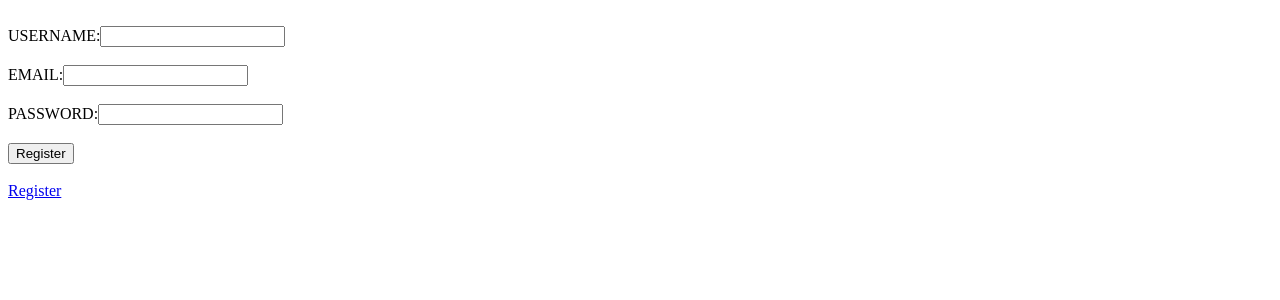
Repository: Ranjithamshivamatta/Java
Page: LoginRegistration1/WebContent/Register.html
An editor plug-in stored every save of this project. The page is shown before and after the next save, followed by the edit.
The browser window is 1280 px wide. The pictures show the whole page.

Above is the page before, as saved 2019-04-25 13:44:25.

After the next save:
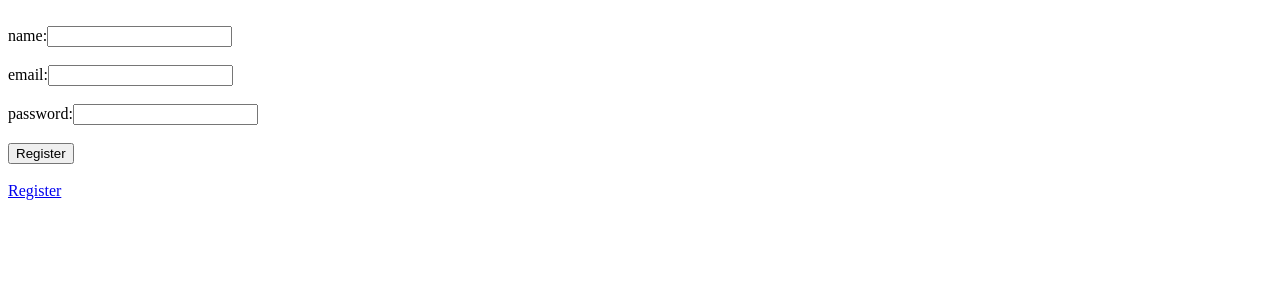
Saved 31 s later.
--- a/LoginRegistration1/WebContent/Register.html
+++ b/LoginRegistration1/WebContent/Register.html
@@ -5,10 +5,10 @@
 <title>Insert title here</title>
 </head>
 <body>
-<form method="post" action="Register">
-		<br /> USERNAME:<input type="text" name="username" /><br />
-		<br /> EMAIL:<input type="text" name="email" /><br />
-		<br /> PASSWORD:<input type="password" name="password" /><br />
+<form method="post" action="register">
+		<br /> name:<input type="text" name="username" /><br />
+		<br /> email:<input type="text" name="email" /><br />
+		<br /> password:<input type="password" name="password" /><br />
 		<br /> <input type="submit" value="Register" /><br />
 		<br /> <a href="Login.html">Register</a>
 	</form>
